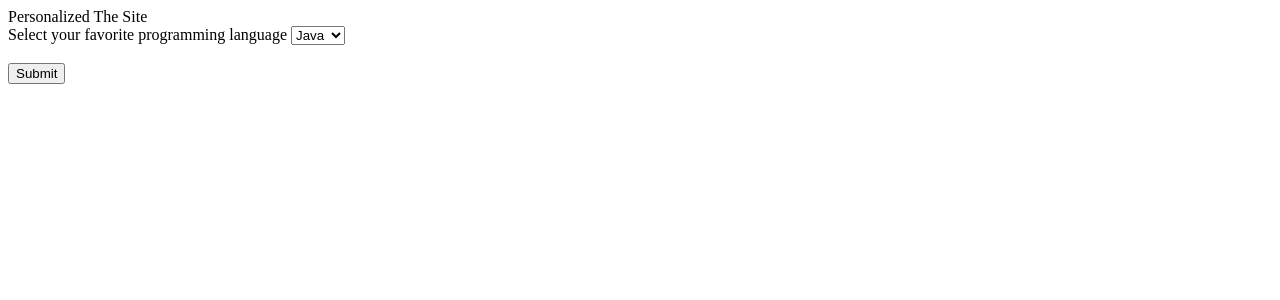
Repository: Kyle-Fang-15/JavaEE
Page: jspdemo/WebContent/cookies-personalize-form.html
These files come from the project's save history. The page is drawn as it stood at one moment and after the next save; the edit follows.
The browser window is 1280 px wide. The pictures show the whole page.

Above is the page before, as saved 2018-04-18 06:17:50.

After the next save:
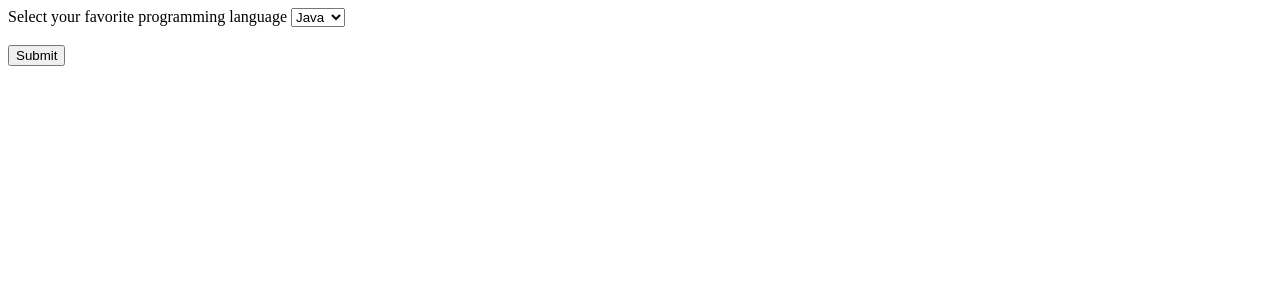
Saved 3 min 7 s later.
--- a/jspdemo/WebContent/cookies-personalize-form.html
+++ b/jspdemo/WebContent/cookies-personalize-form.html
@@ -1,5 +1,5 @@
 <html>
-<head>Personalized The Site</head>
+<head><title>Personalize The Site</title></head>
 
 <body>
 <form action="cookies-personlized-response.jsp">
